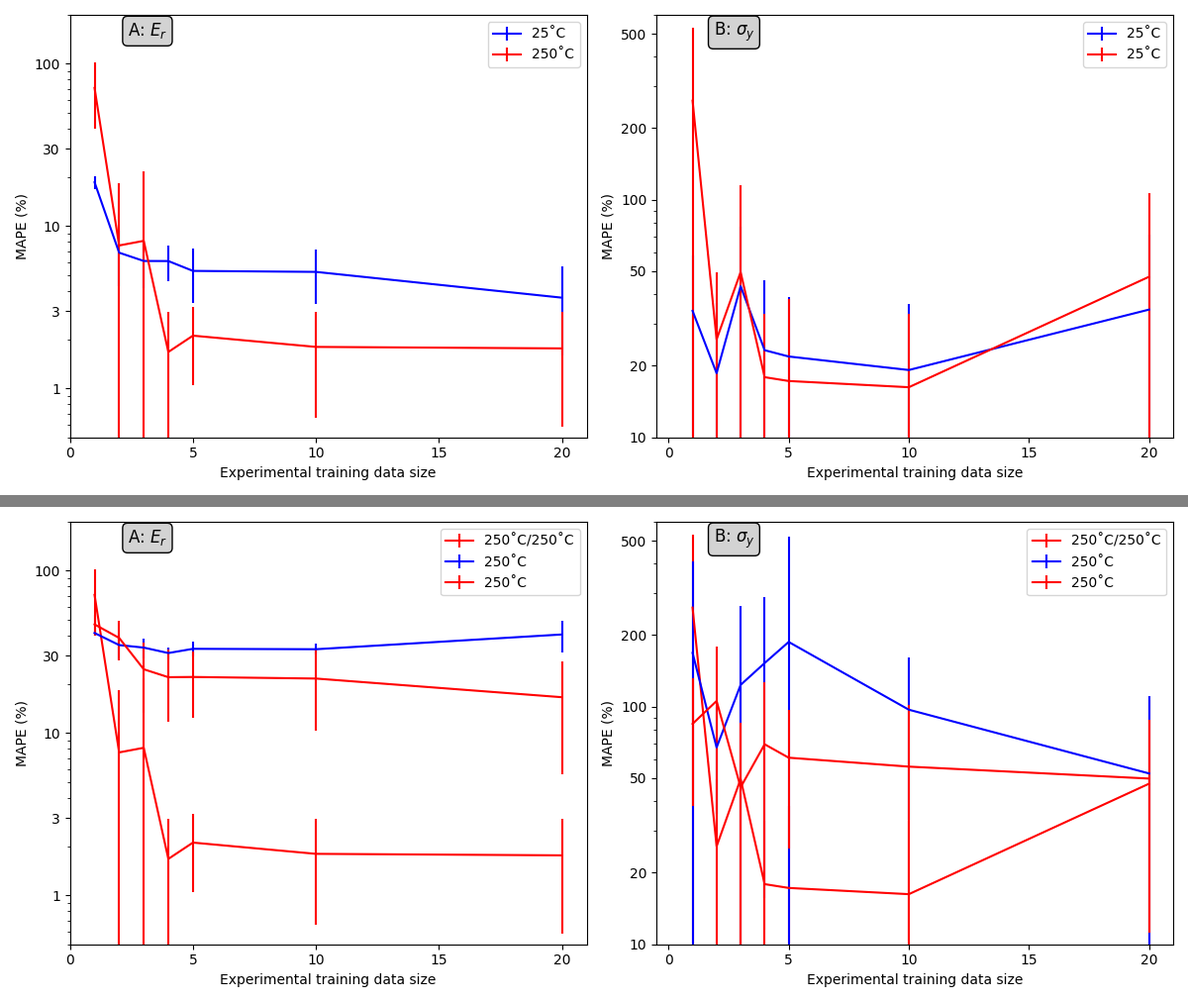
Repository: JoeSpencer1/temperature-dependant
Script's output: python src/figures.py
The author's editor kept a copy of each file at every save. The script's output is drawn from the files as they stood at one save, then again after the next save.
The pictures are shown at 99% of full size.
Each picture stacks the figures in order, with grey between them; figures that are only written to a file come last. Random numbers start from a fixed seed.

Above is the script's output before, as saved 2023-10-29 15:29:16.

After the next save:
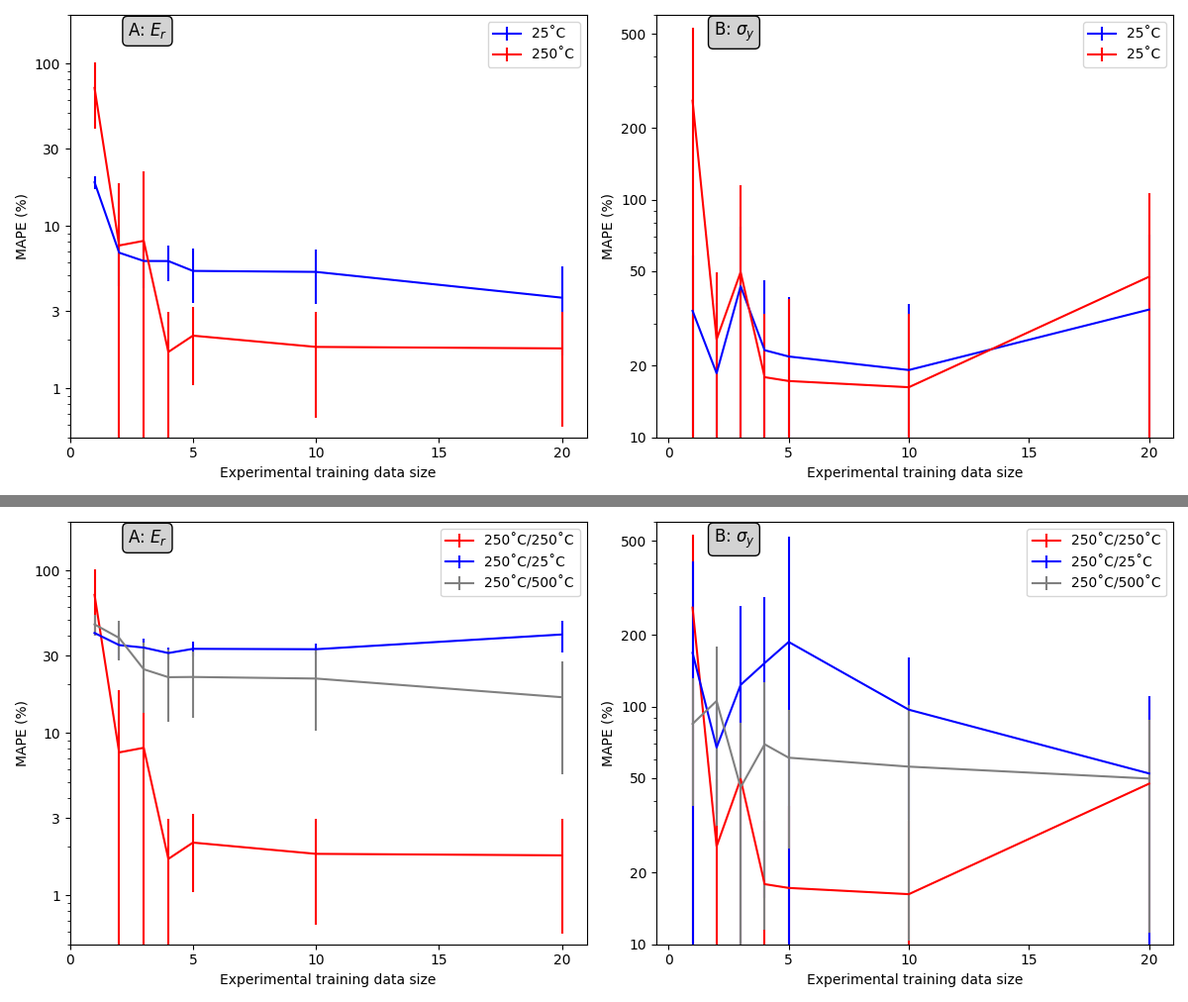
Saved 114 s later.
--- a/src/figures.py
+++ b/src/figures.py
@@ -61,8 +61,8 @@ plt.show()
 
 fig, (ax1, ax2) = plt.subplots(1, 2, figsize=(12, 5))
 ax1.errorbar(n, Ti250E, yerr = εTi250E, color = 'red', label = "250˚C/250˚C")
-ax1.errorbar(n, Ti25250E, yerr = εTi25250E, color = 'blue', label = "250˚C")
-ax1.errorbar(n, Ti500E, yerr = εTi500E, color = 'red', label = "250˚C")
+ax1.errorbar(n, Ti25250E, yerr = εTi25250E, color = 'blue', label = "250˚C/25˚C")
+ax1.errorbar(n, Ti500E, yerr = εTi500E, color = 'gray', label = "250˚C/500˚C")
 ax1.set_yscale('log')
 ax1.set_ylim([0.5, 200])
 ax1.set_xlim([0, 21])
@@ -77,8 +77,8 @@ ax1.annotate("A: $E_{r}$", xy=(0.15, 0.95), xycoords="axes fraction",
               bbox=dict(boxstyle="round,pad=0.3", edgecolor="black", facecolor="lightgray"))
 
 ax2.errorbar(n1, Ti250σ, yerr = εTi250σ, color = 'red', label = "250˚C/250˚C")
-ax2.errorbar(n1, Ti25250σ, yerr = εTi25250σ, color = 'blue', label = "250˚C")
-ax2.errorbar(n1, Ti500σ, yerr = εTi500σ, color = 'red', label = "250˚C")
+ax2.errorbar(n1, Ti25250σ, yerr = εTi25250σ, color = 'blue', label = "250˚C/25˚C")
+ax2.errorbar(n1, Ti500σ, yerr = εTi500σ, color = 'gray', label = "250˚C/500˚C")
 ax2.set_yscale('log')
 ax2.set_ylim([10, 600])
 ax2.set_xlim([-0.5, 21])
